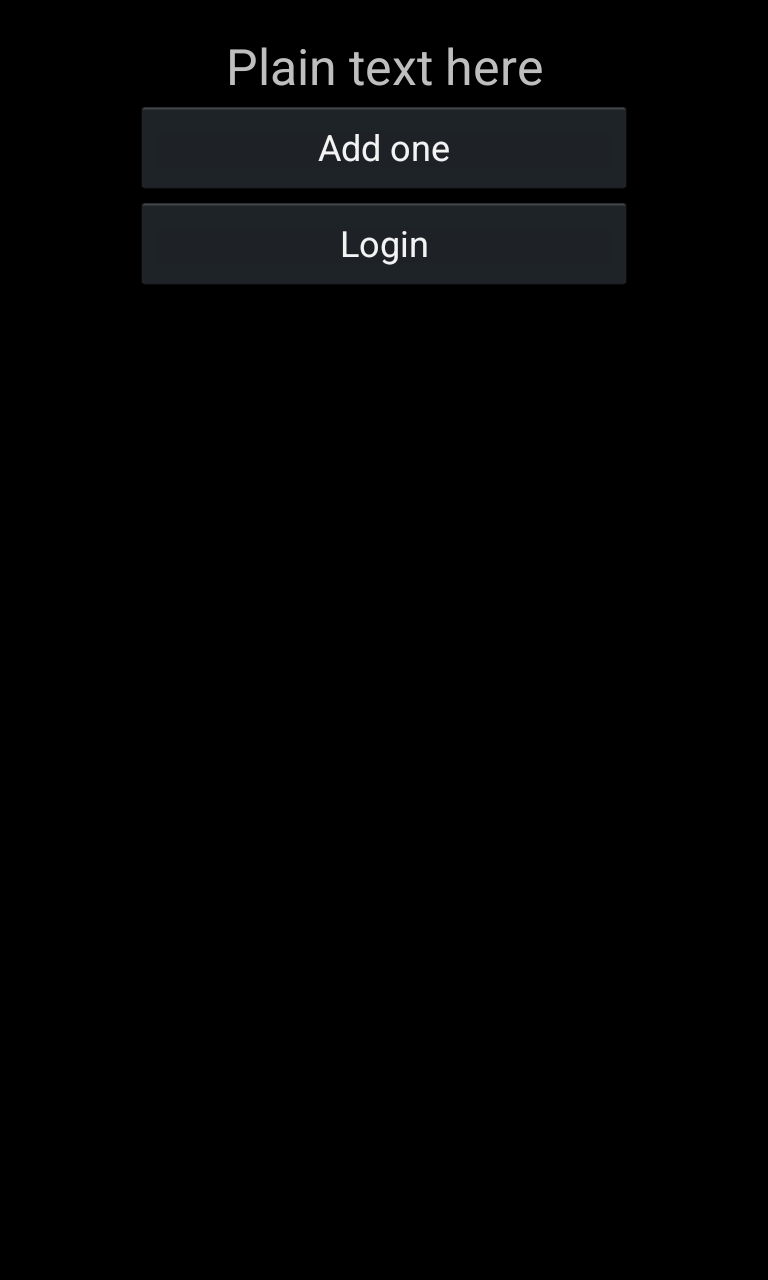
Repository: weisi94/androidapp
Layout: demoNabu/res/layout/activity_main.xml
An editor plug-in stored every save of this project. The layout is shown before and after the next save, followed by the edit.
It is drawn on a 768 x 1280 px phone screen (xhdpi) without system bars, with theme android:Theme.Holo; the app's code is not run.

Above is the layout before, as saved 2015-02-25 08:55:55.

### demoNabu/res/layout/activity_main.xml
<LinearLayout xmlns:android="http://schemas.android.com/apk/res/android"
    xmlns:tools="http://schemas.android.com/tools"
    android:orientation="vertical"
    android:layout_width="fill_parent"
    android:layout_height="fill_parent"
    android:paddingBottom="@dimen/activity_vertical_margin"
    android:paddingLeft="@dimen/activity_horizontal_margin"
    android:paddingRight="@dimen/activity_horizontal_margin"
    android:paddingTop="@dimen/activity_vertical_margin"
    tools:context="com.example.demonabu.MainActivity" >

    <TextView
        android:layout_width="fill_parent"
        android:layout_height="wrap_content"
        android:text="Plain text here"
        android:textSize="25sp"
        android:gravity="center"
        android:id="@+id/tvDisplay"
        />
    <Button
        android:layout_width="250dp"
        android:layout_height="wrap_content"
        android:text="Add one"
        android:layout_gravity="center"
        android:id="@+id/bAdd"
        />
    <Button
        android:layout_width="250dp"
        android:layout_height="wrap_content"
        android:text="Login"
        android:layout_gravity="center"
        android:id="@+id/bSub"
        />
</LinearLayout>

Loaded but not shown: demoNabu/res/values/dimens.xml (common file); demoNabu/res/values-w820dp/dimens.xml (common file)

After the next save:
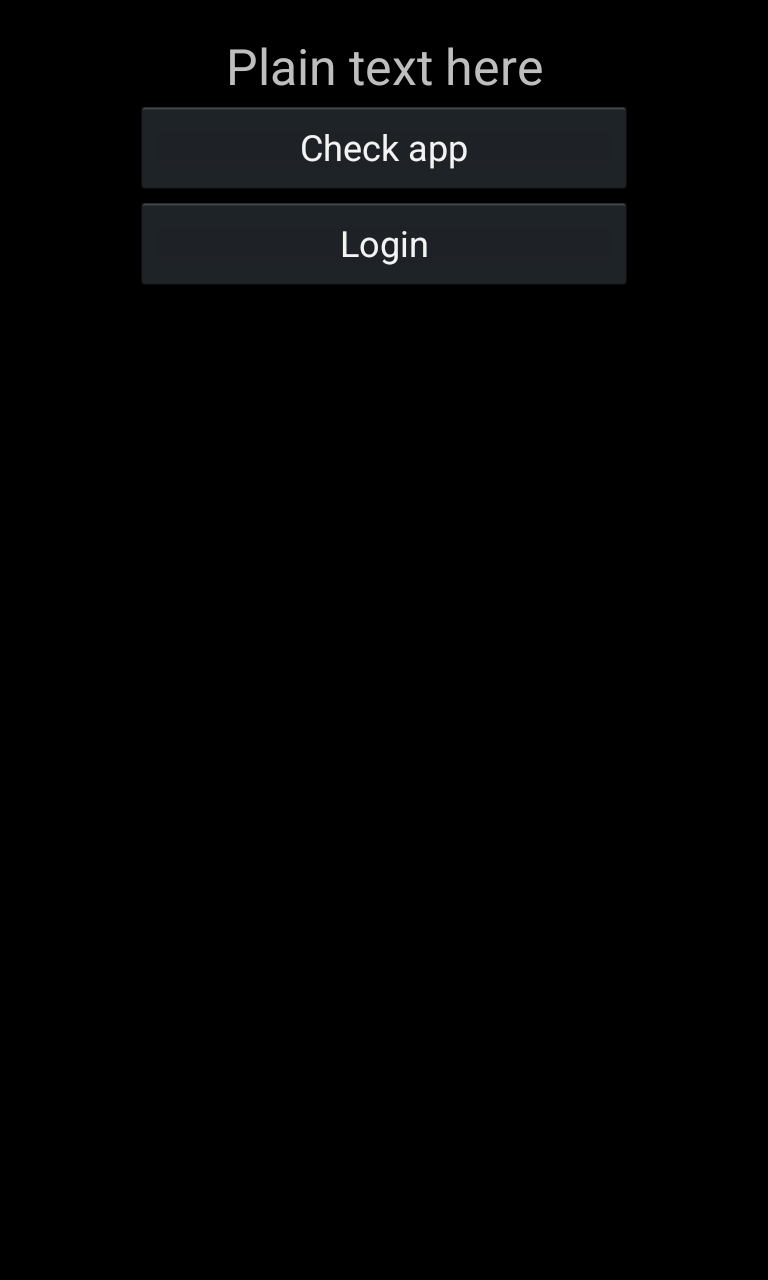
Saved 8 min 27 s later.
--- a/demoNabu/res/layout/activity_main.xml
+++ b/demoNabu/res/layout/activity_main.xml
@@ -20,7 +20,7 @@
     <Button
         android:layout_width="250dp"
         android:layout_height="wrap_content"
-        android:text="Add one"
+        android:text="Check app"
         android:layout_gravity="center"
         android:id="@+id/bAdd"
         />
